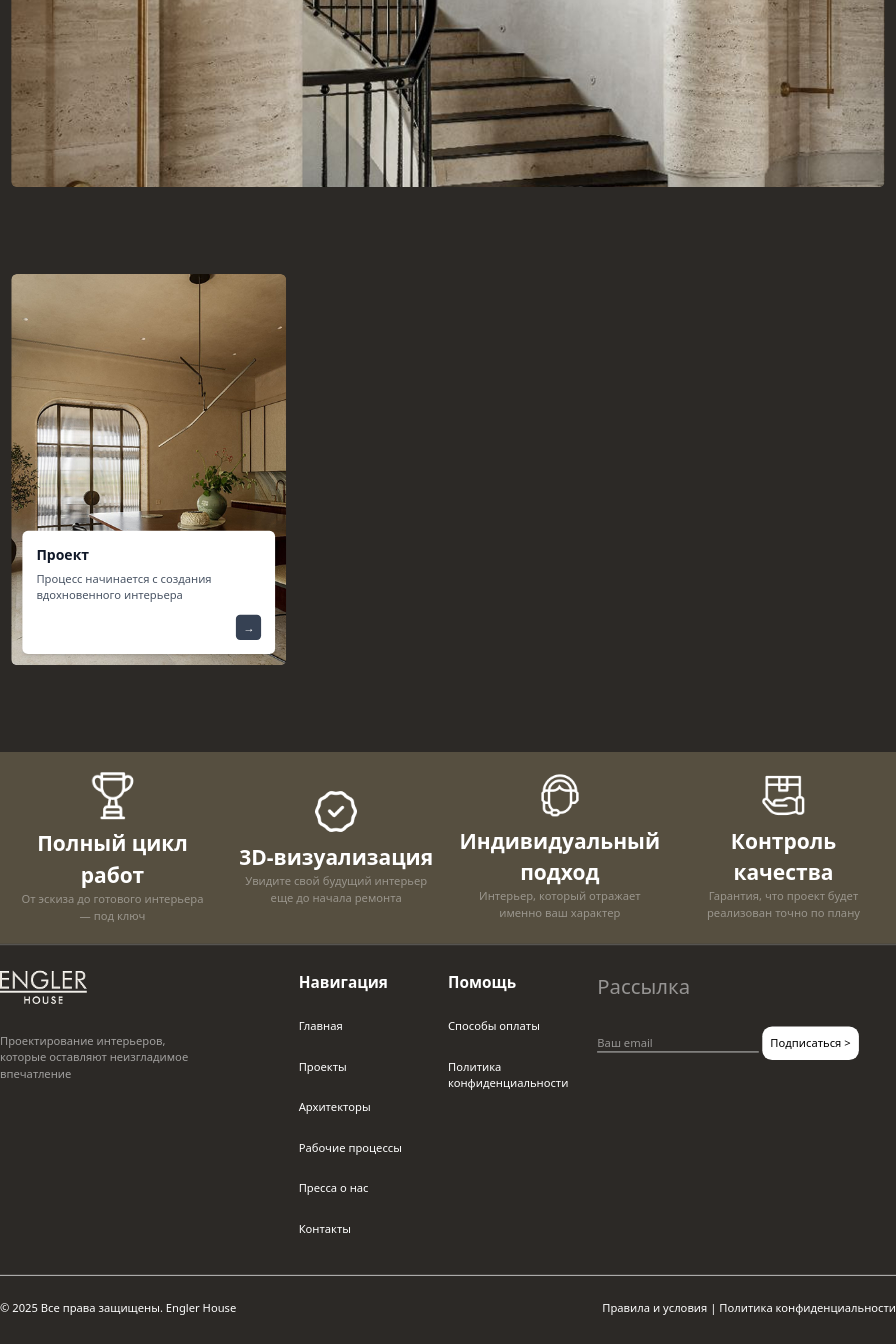
Repository: Quvonch299/figma
Page: pages/index.html
These files come from the project's save history. The page is drawn as it stood at one moment and after the next save; the edit follows.
The browser window is 1280 px wide. The pictures show the part of the page from y = 1066 to 2986 px (the page is 2986 px tall before and 2877 px after), at 70% of full size.

Above is the page before, as saved 2025-10-06 20:16:43.

### pages/index.html
<!DOCTYPE html>
<html lang="en">

<head>
    <meta charset="UTF-8">
    <meta name="viewport" content="width=device-width, initial-scale=1.0">
    <title>Проекты</title>
    <script src="https://cdn.jsdelivr.net/npm/@tailwindcss/browser@4"></script>
    <link rel="stylesheet" href="style.css">

</head>

<body>
    <div class="">

        <header class="header bg-transparent relative z-50">
            <nav class="navbar pt-4 md:pt-[25px]">
                <div class="container mx-auto px-4">
                    <div
                        class="item flex justify-between items-center border border-white/30 p-3 md:p-4 rounded-[8px] backdrop-blur-sm bg-white/5">

                        <div class="logo flex-shrink-0">
                            <img src="./imgs/foote logo.png" alt="logo" class="w-[120px] md:w-[160px]">
                        </div>

                        <button id="menu-btn"
                            class="md:hidden flex flex-col justify-center items-center w-10 h-10 border border-white/40 rounded-lg">
                            <span class="w-6 h-[2px] bg-white mb-[5px]"></span>
                            <span class="w-6 h-[2px] bg-white mb-[5px]"></span>
                            <span class="w-6 h-[2px] bg-white"></span>
                        </button>

                        <div id="menu"
                            class="list hidden md:flex flex-col md:flex-row md:gap-[50px] gap-4 absolute md:static top-full left-0 w-full md:w-auto bg-[#2C2926] md:bg-transparent border-t md:border-0 border-white/20 p-6 md:p-0 md:mt-0 mt-3">
                            <a class="text-white hover:font-bold hover:text-white/60 duration-300"
                                href="./index.html">Главная</a>
                            <a class="text-white hover:font-bold hover:text-white/60 duration-300"
                                href="./index.html">Проекты</a>
                            <a class="text-white hover:font-bold hover:text-white/60 duration-300"
                                href="./index3.html">Архитекторы</a>
                            <a class="text-white hover:font-bold hover:text-white/60 duration-300"
                                href="./index4.html">Рабочие процессы</a>
                            <a class="text-white hover:font-bold hover:text-white/60 duration-300"
                                href="./index5.html">Пресса о нас</a>
                            <a class="text-white hover:font-bold hover:text-white/60 duration-300"
                                href="./index6.html">Контакты</a>

                            <button
                                class="md:hidden mt-4 border border-white text-white py-2 rounded-[5px] w-full">Личный
                                кабинет</button>
                        </div>

                        <div class="btn hidden md:block">
                            <button
                                class="border p-2 rounded-[5px] border-white text-white hover:bg-white hover:text-black duration-300">
                                Личный кабинет
                            </button>
                        </div>

                    </div>
                </div>
            </nav>

            <script>
                const menuBtn = document.getElementById('menu-btn');
                const menu = document.getElementById('menu');
                menuBtn.addEventListener('click', () => {
                    menu.classList.toggle('hidden');
                    menu.classList.toggle('flex');
                });
            </script>
        </header>

        <main class="main">
            <section class="sec_1 pt-[80px] md:pt-[124px] px-4">
                <div class="container mx-auto">
                    <div
                        class="sec_contant1 flex flex-col md:flex-row justify-between items-center gap-9 text-center md:text-left">
                        <div class="left">
                            <h2 class="text-[32px] sm:text-[44px] md:text-[64px] text-white font-bold leading-tight">
                                Создание гармонии <br class="hidden md:block"> с помощью дизайна
                            </h2>
                        </div>
                        <div class="right grid gap-[20px] sm:gap-[30px] md:gap-[34px]">
                            <p class="text-[16px] sm:text-[18px] md:text-[20px] text-white">
                                Дизайн интерьера - это искусство и наука об улучшении внутреннего пространства
                                для достижения большей функциональности.
                            </p>
                            <button
                                class="bg-white text-black p-3 rounded-[9px] w-[180px] sm:w-[200px] md:w-[224px] mx-auto md:mx-0 hover:bg-gray-200 duration-300">
                                Обратная связь
                            </button>
                        </div>
                    </div>
                </div>
            </section>

            <section class="sec_2 mt-[40px] md:mt-[54px] px-4">
                <div class="container mx-auto">
                    <div class="sec_contant2">
                        <img src="./imgs/glavni.png" alt="" class="w-full h-auto rounded-lg object-cover">
                    </div>
                </div>
            </section>

            <section class="sec_3 mt-[80px] md:mt-[124px] px-4">
                <div class="container mx-auto">
                    <div class="sec_contant3 grid grid-cols-1 sm:grid-cols-2 lg:grid-cols-3 gap-[24px] md:gap-[34px]">
                        <div class="rounded-lg overflow-hidden relative">
                            <img src="./imgs/section.img/sec_img.png" alt="Interior"
                                class="w-full object-cover rounded-t-lg">
                            <div class="absolute bottom-4 left-4 right-4 bg-white rounded-lg shadow-md p-5">
                                <h2 class="text-lg sm:text-xl font-bold text-gray-900">Проект</h2>
                                <p class="text-gray-600 mt-2 text-sm sm:text-base">
                                    Процесс начинается с создания вдохновенного интерьера
                                </p>
                                <div class="mt-4 flex justify-end">
                                    <a href="#"
                                        class="inline-flex items-center justify-center w-8 h-8 sm:w-9 sm:h-9 rounded-md bg-gray-700 text-white hover:bg-gray-800 duration-300">
                                        →
                                    </a>
                                </div>
                            </div>
                        </div>

                    </div>
                </div>
            </section>

            <section
                class="sec_4 mt-[80px] md:mt-[124px] bg-[#564F40] py-[60px] md:h-[274px] flex justify-center items-center px-4">
                <div
                    class="sec_contan3 grid grid-cols-1 sm:grid-cols-2 lg:grid-cols-4 gap-[20px] sm:gap-[30px] text-center">
                    <div class="item text-white flex flex-col justify-center items-center">
                        <img src="./imgs/section.img/kubok.png" alt="" class="w-[50px] sm:w-[60px]">
                        <h2 class="text-[22px] sm:text-[26px] md:text-[30px] mt-3 font-semibold">Полный цикл работ</h2>
                        <p class="text-[14px] sm:text-[16px] text-white/40">
                            От эскиза до готового интерьера<br> — под ключ
                        </p>
                    </div>
                    <div class="item text-white flex flex-col justify-center items-center">
                        <img src="./imgs/section.img/galichka.png" alt="" class="w-[50px] sm:w-[60px]">
                        <h2 class="text-[22px] sm:text-[26px] md:text-[30px] mt-3 font-semibold">3D-визуализация</h2>
                        <p class="text-[14px] sm:text-[16px] text-white/40">
                            Увидите свой будущий интерьер<br> еще до начала ремонта
                        </p>
                    </div>
                    <div class="item text-white flex flex-col justify-center items-center">
                        <img src="./imgs/section.img/operator.png" alt="" class="w-[50px] sm:w-[60px]">
                        <h2 class="text-[22px] sm:text-[26px] md:text-[30px] mt-3 font-semibold">Индивидуальный подход
                        </h2>
                        <p class="text-[14px] sm:text-[16px] text-white/40">
                            Интерьер, который отражает<br> именно ваш характер
                        </p>
                    </div>
                    <div class="item text-white flex flex-col justify-center items-center">
                        <img src="./imgs/section.img/shipping.png" alt="" class="w-[50px] sm:w-[60px]">
                        <h2 class="text-[22px] sm:text-[26px] md:text-[30px] mt-3 font-semibold">Контроль качества</h2>
                        <p class="text-[14px] sm:text-[16px] text-white/40">
                            Гарантия, что проект будет<br> реализован точно по плану
                        </p>
                    </div>
                </div>
            </section>


        </main>
        <footer class="footer bg-[#2C2926] border-t-2 border-white/20  pt-9 pb-10 ">
            <div class="container">
                <div class="f_contant ">
                    <div class="itemas text-white grid grid-cols-3 pb-[54px]">
                        <div class="1 ">

                            <img src="./imgs/foote logo.png" alt="">
                            <p class="text-white/55 pt-10">Проектирование интерьеров,<br>
                                которые оставляют неизгладимое<br> впечатление</p>
                        </div>
                        <div class="2 grid grid-cols-2 gsp-[74px]">
                            <div class="flex gap-[34px] flex-col">
                                <h2 class="text-[22px] font-bold">Навигация</h2>
                                <a href="#">Главная</a>
                                <a href="#">Проекты</a>
                                <a href="#">Архитекторы</a>
                                <a href="#">Рабочие процессы</a>
                                <a href="#">Пресса о нас</a>
                                <a href="#">Контакты</a>
                            </div>
                            <div class="flex flex-col gap-[34px]">
                                <h2 class="text-[22px] font-bold">Помощь</h2>
                                <a href="">Способы оплаты</a>
                                <a href="">Политика конфиденциальности </a>
                            </div>
                        </div>
                        <div class="3 flex flex-col gap-[36px]">
                            <div>
                                <h2 class="text-[29px] text-white/50">Рассылка</h2>
                            </div>
                            <form>

                                <input class="outline-none border-b" type="email" placeholder="Ваш email" name="" id="">
                                <button class="bg-white text-black p-3 rounded-[14px]">Подписаться ></button>
                            </form>
                        </div>
                    </div>
                    <div class="text-white flex justify-between border-t pt-[34px]">
                        <h2>© 2025 Все права защищены. Engler House</h2>
                        <h2>Правила и условия | Политика конфиденциальности</h2>
                    </div>
                </div>
            </div>
        </footer>





    </div>
</body>

</html>

### pages/style.css
 .container {
     max-width: 1320px;
     margin: auto;
 }

 /* header {
     background: url(./imgs/header/header_backgroun_img.png) center/cover no-repeat;
     height: 100vh;
     /* display: none; */
 /* } */
 body {
     background-color: #2C2926;
 }

After the next save:
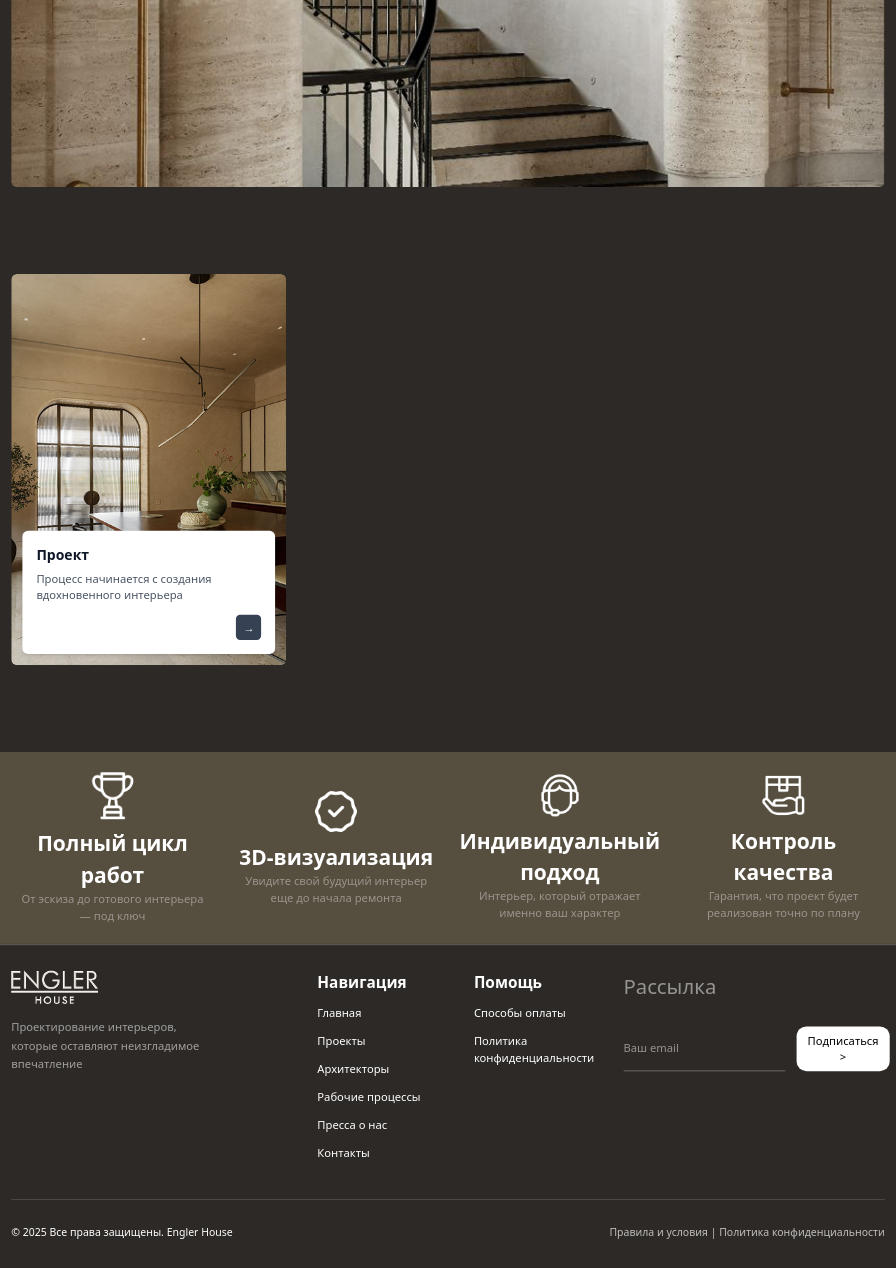
Saved 28 s later.
--- a/pages/index.html
+++ b/pages/index.html
@@ -165,46 +165,55 @@
 
 
         </main>
-        <footer class="footer bg-[#2C2926] border-t-2 border-white/20  pt-9 pb-10 ">
-            <div class="container">
-                <div class="f_contant ">
-                    <div class="itemas text-white grid grid-cols-3 pb-[54px]">
-                        <div class="1 ">
-
-                            <img src="./imgs/foote logo.png" alt="">
-                            <p class="text-white/55 pt-10">Проектирование интерьеров,<br>
-                                которые оставляют неизгладимое<br> впечатление</p>
-                        </div>
-                        <div class="2 grid grid-cols-2 gsp-[74px]">
-                            <div class="flex gap-[34px] flex-col">
-                                <h2 class="text-[22px] font-bold">Навигация</h2>
-                                <a href="#">Главная</a>
-                                <a href="#">Проекты</a>
-                                <a href="#">Архитекторы</a>
-                                <a href="#">Рабочие процессы</a>
-                                <a href="#">Пресса о нас</a>
-                                <a href="#">Контакты</a>
+        <footer class="footer bg-[#2C2926] border-t-2 border-white/20 pt-8 md:pt-9 pb-8 md:pb-10">
+            <div class="container px-4">
+                <div class="f_contant">
+                    <div class="itemas text-white grid grid-cols-1 md:grid-cols-3 gap-10 md:gap-16 pb-8 md:pb-[54px]">
+
+                        <div class="flex flex-col items-start gap-5">
+                            <img src="./imgs/foote logo.png" alt="logo" class="w-[140px] md:w-auto">
+                            <p class="text-white/55 text-[14px] sm:text-[16px] leading-relaxed">
+                                Проектирование интерьеров,<br>
+                                которые оставляют неизгладимое<br> впечатление
+                            </p>
+                        </div>
+
+                        <div class="grid grid-cols-2 gap-6 md:gap-[74px]">
+                            <div class="flex flex-col gap-3 sm:gap-4">
+                                <h2 class="text-[18px] sm:text-[20px] md:text-[22px] font-bold">Навигация</h2>
+                                <a href="#" class="hover:text-white/70 transition">Главная</a>
+                                <a href="#" class="hover:text-white/70 transition">Проекты</a>
+                                <a href="#" class="hover:text-white/70 transition">Архитекторы</a>
+                                <a href="#" class="hover:text-white/70 transition">Рабочие процессы</a>
+                                <a href="#" class="hover:text-white/70 transition">Пресса о нас</a>
+                                <a href="#" class="hover:text-white/70 transition">Контакты</a>
                             </div>
-                            <div class="flex flex-col gap-[34px]">
-                                <h2 class="text-[22px] font-bold">Помощь</h2>
-                                <a href="">Способы оплаты</a>
-                                <a href="">Политика конфиденциальности </a>
+                            <div class="flex flex-col gap-3 sm:gap-4">
+                                <h2 class="text-[18px] sm:text-[20px] md:text-[22px] font-bold">Помощь</h2>
+                                <a href="#" class="hover:text-white/70 transition">Способы оплаты</a>
+                                <a href="#" class="hover:text-white/70 transition">Политика конфиденциальности</a>
                             </div>
                         </div>
-                        <div class="3 flex flex-col gap-[36px]">
-                            <div>
-                                <h2 class="text-[29px] text-white/50">Рассылка</h2>
-                            </div>
-                            <form>
-
-                                <input class="outline-none border-b" type="email" placeholder="Ваш email" name="" id="">
-                                <button class="bg-white text-black p-3 rounded-[14px]">Подписаться ></button>
+
+                        <div class="flex flex-col gap-4 md:gap-[36px]">
+                            <h2 class="text-[22px] sm:text-[25px] md:text-[29px] text-white/50">Рассылка</h2>
+                            <form class="flex flex-col sm:flex-row gap-3 sm:gap-4 w-full">
+                                <input
+                                    class="outline-none border-b border-white/40 bg-transparent text-white placeholder-white/50 py-2 w-full sm:w-auto flex-1"
+                                    type="email" placeholder="Ваш email" required>
+                                <button
+                                    class="bg-white text-black py-2 px-4 rounded-[10px] sm:rounded-[14px] font-medium w-full sm:w-auto">
+                                    Подписаться &gt;
+                                </button>
                             </form>
                         </div>
-                    </div>
-                    <div class="text-white flex justify-between border-t pt-[34px]">
+
+                    </div>
+
+                    <div
+                        class="text-white flex flex-col md:flex-row justify-between items-start md:items-center border-t border-white/20 pt-5 md:pt-[34px] gap-3 md:gap-0 text-[13px] sm:text-[15px]">
                         <h2>© 2025 Все права защищены. Engler House</h2>
-                        <h2>Правила и условия | Политика конфиденциальности</h2>
+                        <h2 class="text-white/70">Правила и условия | Политика конфиденциальности</h2>
                     </div>
                 </div>
             </div>
@@ -214,6 +223,7 @@
 
 
 
+
     </div>
 </body>
 
